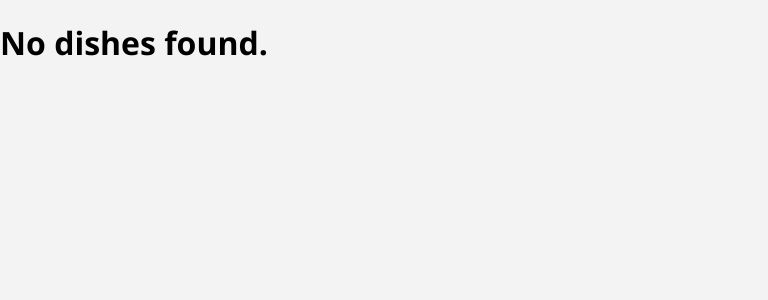
Repository: Rupeswarbhainsa777/Food-Web-App
Page: http://localhost/TapFoodApp/Menue12.jsp
An editor plug-in stored every save of this project. The page is shown before and after the next save, followed by the edit.
The browser window is 768 px wide. The pictures show the whole page.
The page is served by Tomcat 10. Nobody is signed in. The application's start-up code is not run. Queries for data that is not in the repository find no rows.

Above is the page before, as saved 2025-05-03 13:55:10.

After the next save:
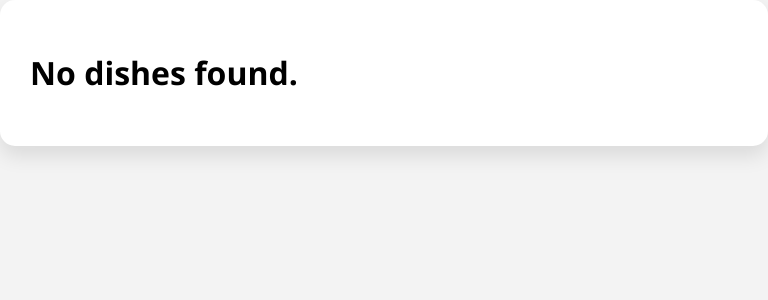
Saved 44 s later.
--- a/TapFoodApp/src/main/webapp/Menue12.jsp
+++ b/TapFoodApp/src/main/webapp/Menue12.jsp
@@ -27,18 +27,18 @@
             padding: 0;
         }
 
-        .swiper {
+        .swiper1 {
             width: 100%;
             height: 100vh;
         }
 
-        .swiper-slide {
+        .swiper-slide1 {
             display: flex;
             justify-content: center;
             align-items: center;
         }
 
-      .card {
+      .card1 {
     display: flex;
     flex-direction: row;
     flex-wrap: wrap;
@@ -54,29 +54,29 @@
 }
 
 
-        .text {
+        .text1 {
             flex: 1;
         }
 
-        .text h3 {
+        .text1 h3 {
             color: green;
             font-size: 18px;
             margin: 0;
         }
 
-        .text h1 {
+        .text1 h1 {
             font-size: 36px;
             margin: 10px 0;
             color: #14213d;
         }
 
-        .text p {
+        .text1 p {
             font-size: 16px;
             color: #555;
             margin-bottom: 20px;
         }
 
-        .text button {
+        .text1 button {
             padding: 10px 25px;
             background: #14213d;
             color: white;
@@ -86,18 +86,18 @@
             transition: background 0.3s ease;
         }
 
-        .text button:hover {
+        .text1 button:hover {
             background: #1a1a2e;
         }
 
-        .image img {
+        .image1 img {
             width: 250px;
             height: auto;
             border-radius: 12px;
             object-fit: cover;
         }
 
-        .swiper-pagination {
+        .swiper-pagination1 {
             bottom: 15px;
         }
 
@@ -108,7 +108,7 @@
                 padding: 20px;
             }
 
-            .image img {
+            .image1 img {
                 width: 200px;
             }
         }
